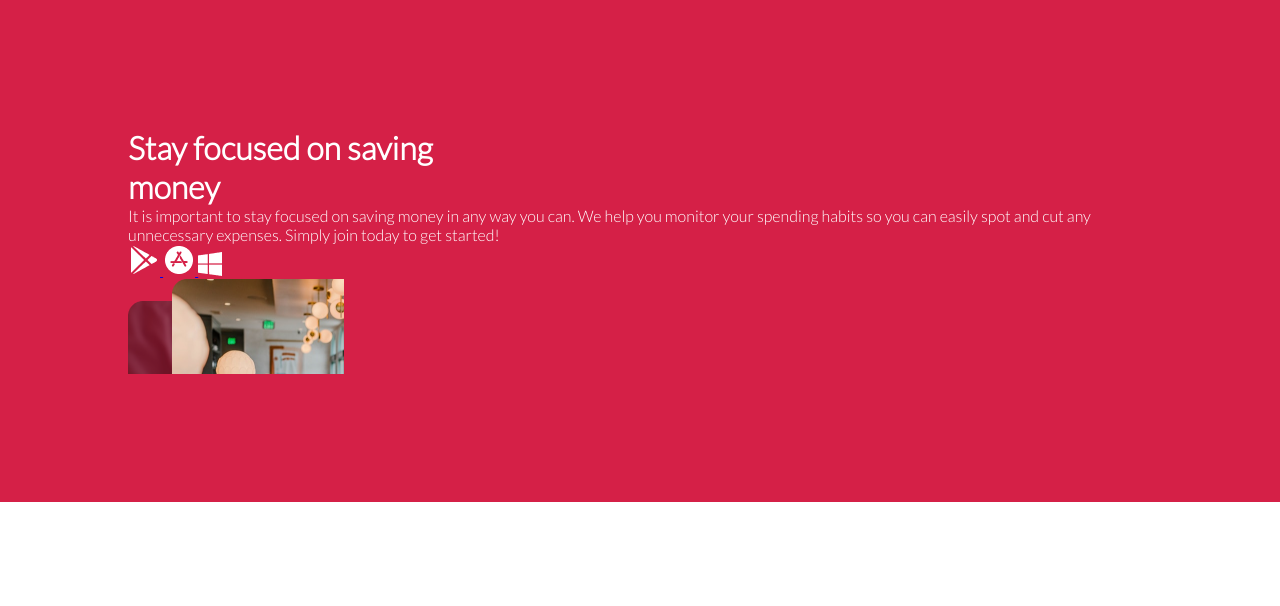
Repository: batonAnton/Cursor_lecture4
Page: index.html
An editor plug-in stored every save of this project. The page is shown before and after the next save, followed by the edit.
The browser window is 1280 px wide. The pictures show the whole page.

Above is the page before, as saved 2022-06-08 14:03:50.

### index.html
<!DOCTYPE html>
<html lang="en">
<head>
    <meta charset="UTF-8">
    <meta http-equiv="X-UA-Compatible" content="IE=edge">
    <meta name="viewport" content="width=device-width, initial-scale=1.0">
    <title>CloudBudget Freebie</title>
    <link rel="preconnect" href="https://fonts.googleapis.com">
    <link rel="preconnect" href="https://fonts.gstatic.com" crossorigin>
    <link href="https://fonts.googleapis.com/css2?family=Lato:wght@300&display=swap" rel="stylesheet">
    <link rel="stylesheet" href="css/style.css">
</head>
<body>
    <header>
        <div class="info-box">
            <h1>Stay focused on saving <br> money</h1>
            <p>It is important to stay focused on saving money in any way you can. We help you monitor your spending habits so you can easily spot and cut any unnecessary expenses. Simply join today to get started!</p>

            <div class="link_source">
                <a href="https://play.google.com/store/games?hl=uk&gl=US">
                    <img src="/image/icon/google_play.png" alt="icon-google">
                </a>
                <a href="https://www.apple.com/ua/app-store/">
                    <img src="/image/icon/apstore.png" alt="icon-apstore">
                </a>
                <a href="https://www.microsoft.com/uk-ua/software-download/windows10">
                    <img src="/image/icon/windows.png" alt="icon-windows">
                </a>
            </div>
        </div>

        <div class="big_img"></div>
    </header>
</body>
</html>

### css/style.css
* {
  font-family: "Lato", sans-serif;
  margin: 0;
  padding: 0;
  box-sizing: border-box;
}

header {
  width: 100%;
  padding: 10%;
  color: #ffffff;
  display: inline-block;
  background-color: #d52047;
}

.big_img {
  background-image: url("/image/Photo.png");
  width: 216px;
  height: 95px;
}

After the next save:
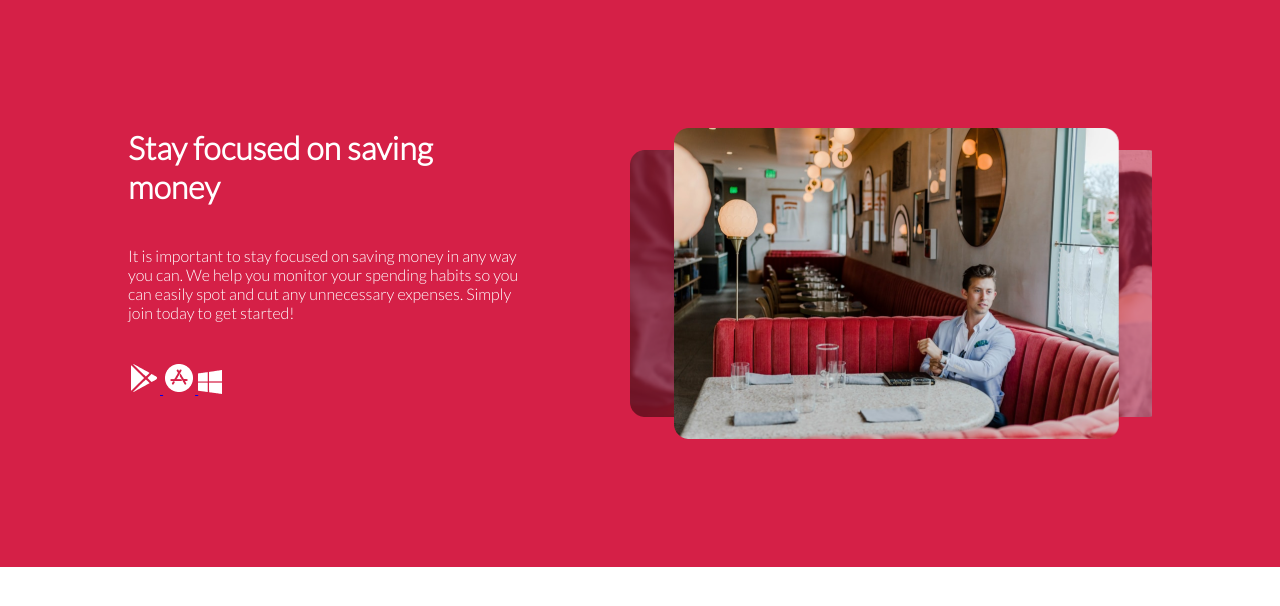
Saved 6 min 16 s later.
--- a/css/style.css
+++ b/css/style.css
@@ -9,12 +9,21 @@ header {
   width: 100%;
   padding: 10%;
   color: #ffffff;
-  display: inline-block;
+  display: inline-flex;
   background-color: #d52047;
+}
+
+.info-box {
+  width: 50%;
+}
+
+.info-box p {
+  width:80% ;
+  margin: 40px 0;
 }
 
 .big_img {
   background-image: url("/image/Photo.png");
-  width: 216px;
-  height: 95px;
+  width: 533px;
+  height: 311px;
 }
